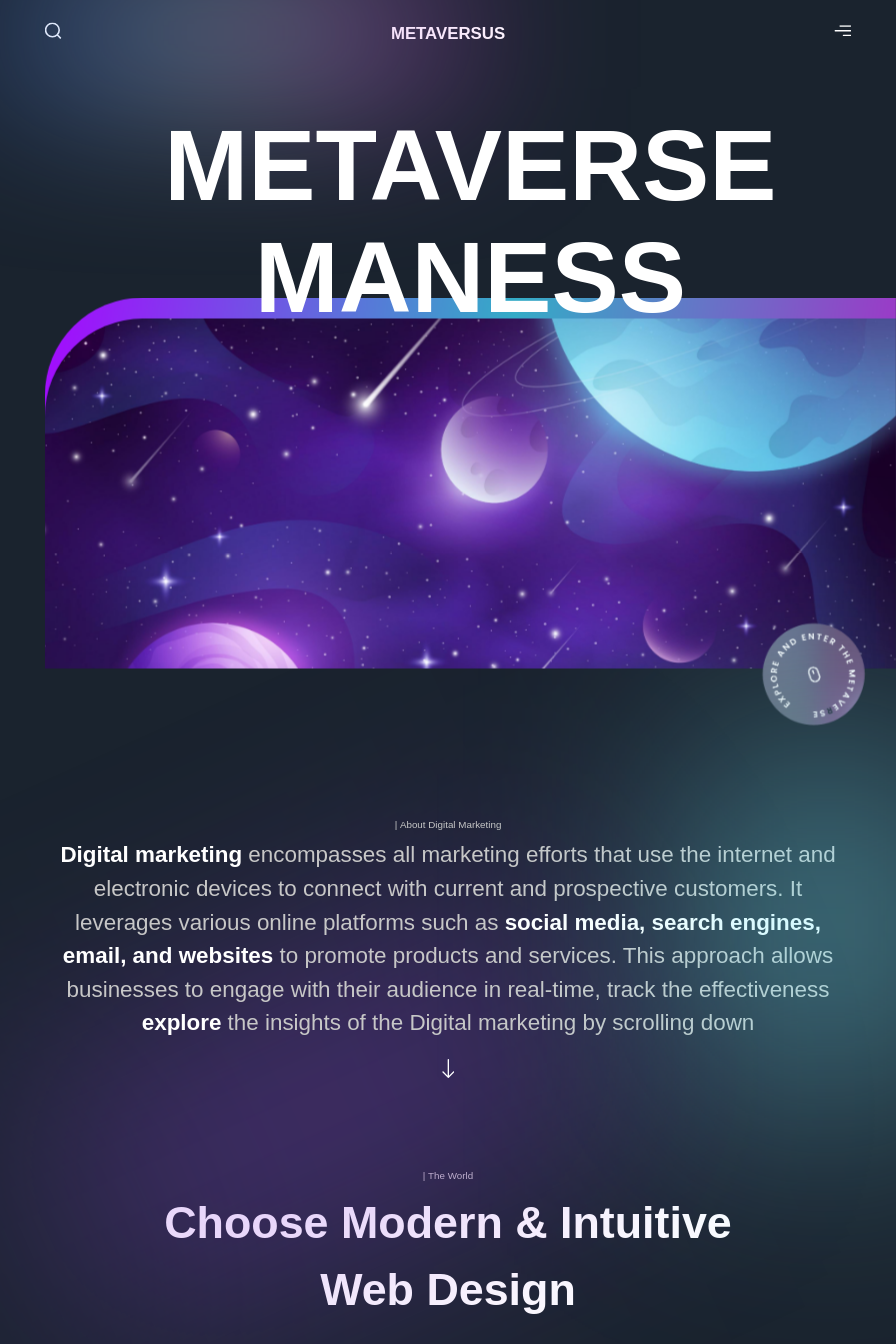
Repository: Shanuga123/metaversus
Page: /
These files come from the project's save history. The page is drawn as it stood at one moment and after the next save; the edit follows.
The browser window is 1280 px wide. The pictures show the part of the page from y = 0 to 1920 px (the page is 7302 px tall), at 70% of full size.
Some web fonts or font styles are not loaded; a fallback is used. The project was rebuilt for these pictures with package versions that can differ from the ones it lists, and the page was loaded fresh each time. The framework's server and built-in components were replaced by stand-ins that run in the browser. Also part of the build but not shown: next.config.js.

Above is the page before, as saved 2024-08-06 07:08:27.

### components/Navbar.jsx
'use client';

import { motion } from 'framer-motion';

import styles from '../styles';
import { navVariants } from '../utils/motion';

const Navbar = () => (
  <motion.nav
    variants={navVariants}
    initial="hidden"
    whileInView="show"
    className={`${styles.xPaddings} py-8 relative`}
  >
    <div className="absolute w-[50%] inset-0 gradient-01" />
    <div
      className={`${styles.innerWidth} mx-auto flex justify-between gap-8`}
    >
      <img
        src="/search.svg"
        alt="search"
        className="w-[24px] h-[24px] object-contain"
      />
      <h2 className="font-extrabold text-[24px] leading-[30.24px] text-white">
        METAVERSUS
      </h2>
      <img
        src="/menu.svg"
        alt="menu"
        className="w-[24px] h-[24px] object-contain"
      />
    </div>
  </motion.nav>
);

export default Navbar;

### components/CustomTexts.jsx
'use client';

import { motion } from 'framer-motion';
import { textContainer, textVariant2 } from '../utils/motion';

export const TypingText = ({ title, textStyles }) => (
  <motion.p
    variants={textContainer}
    className={`font-normal text-[14px] text-secondary-white ${textStyles}`}
  >
    {Array.from(title).map((letter, index) => (
      <motion.span variants={textVariant2} key={index}>
        {letter === ' ' ? '\u00A0' : letter}
      </motion.span>
    ))}
  </motion.p>
);

export const TitleText = ({ title, textStyles }) => (
  <motion.h2
    variants={textVariant2}
    initial="hidden"
    whileInView="show"
    className={`mt-[8px] font-bold md:text-[64px] text-[40px] text-white ${textStyles}`}
  >
    {title}
  </motion.h2>
);

### components/ExploreCard.jsx
'use client';

import { motion } from 'framer-motion';

import styles from '../styles';
import { fadeIn } from '../utils/motion';

const ExploreCard = ({ id, imgUrl, title, index, active, handleClick }) => (
  <motion.div
    variants={fadeIn('right', 'spring', index * 0.5, 0.75)}
    className={`relative ${
      active === id ? 'lg:flex-[3.5] flex-[10]' : 'lg:flex-[0.5] flex-[2]'
    } flex items-center justify-center min-w-[170px] h-[700px] transition-[flex] duration-[0.7s] ease-out-flex cursor-pointer`}
    onClick={() => handleClick(id)}
  >
    <img
      src={imgUrl}
      alt="planet-04"
      className="absolute w-full h-full object-cover rounded-[24px]"
    />
    {active !== id ? (
      <h3 className="font-semibold sm:text-[26px] text-[18px] text-white absolute z-0 lg:bottom-20 lg:rotate-[-90deg] lg:origin-[0,0]">
        {title}
      </h3>
    ) : (
      <div className="absolute bottom-0 p-8 flex justify-start w-full flex-col bg-[rgba(0,0,0,0.5)] rounded-b-[24px]">
        <div
          className={`${styles.flexCenter} w-[60px] h-[60px] rounded-[24px] glassmorphism mb-[16px]`}
        >
          <img
            src="/headset.svg"
            alt="headset"
            className="w-1/2 h-1/2 object-contain"
          />
        </div>
        <p className="font-normal text-[16px] leading-[20.16px] text-white uppercase">
          Enter Metaverse
        </p>
        <h2 className="mt-[24px] font-semibold sm:text-[32px] text-[24px] text-white">
          {title}
        </h2>
      </div>
    )}
  </motion.div>
);

export default ExploreCard;

### components/InsightCard.jsx
'use client';

import { motion } from 'framer-motion';

import { fadeIn } from '../utils/motion';

const InsightCard = ({ imgUrl, title, subtitle, index }) => (
  <motion.div
    variants={fadeIn('up', 'spring', index * 0.5, 1)}
    className="flex md:flex-row flex-col gap-4"
  >
    <img
      src={imgUrl}
      alt="planet-01"
      className="md:w-[270px] w-full h-[250px] rounded-[32px] object-cover"
    />
    <div className="w-full flex justify-between items-center">
      <div className="flex-1 md:ml-[62px] flex flex-col max-w-[650px]">
        <h4 className="font-normal lg:text-[42px] text-[26px] text-white">
          {title}
        </h4>
        <p className="mt-[16px] font-normal lg:text-[20px] text-[14px] text-secondary-white">
          {subtitle}
        </p>
      </div>

      <div
        className="lg:flex hidden items-center justify-center w-[100px] h-[100px] rounded-full bg-transparent border-[1px] border-white"
      >
        <img
          src="/arrow.svg"
          alt="arrow"
          className="w-[40%] h-[40%] object-contain"
        />
      </div>
    </div>
  </motion.div>
);

export default InsightCard;

### components/Footer.jsx
'use client';

import { motion } from 'framer-motion';
import { socials } from '../constants';

import styles from '../styles';
import { footerVariants } from '../utils/motion';

const Footer = () => (
  <motion.footer
    variants={footerVariants}
    initial="hidden"
    whileInView="show"
    className={`${styles.xPaddings} py-8 relative`}
  >
    <div className="footer-gradient" />
    <div className={`${styles.innerWidth} mx-auto flex flex-col gap-8`}>
      <div className="flex items-center justify-between flex-wrap gap-5">
        <h4 className="font-bold md:text-[64px] text-[44px] text-white">
          Enter the Metaverse
        </h4>
        <button type="button" className="flex items-center h-fit py-4 px-6 bg-[#25618B] rounded-[32px] gap-[12px]">
          <img
            src="/headset.svg"
            alt="headset"
            className="w-[24px] h-[24px] object-contain"
          />
          <span className="font-normal text-[16px] text-white">
            Enter Metaverse
          </span>
        </button>
      </div>

      <div className="flex flex-col">
        <div className="mb-[50px] h-[2px] bg-white opacity-10" />

        <div className="flex items-center justify-between flex-wrap gap-4">
          <h4 className="font-extrabold text-[24px] text-white">
            METAVERUS
          </h4>
          <p className="font-normal text-[14px] text-white opacity-50">
            Copyright © 2021 - 2022 Metaversus. All rights reserved.
          </p>

          <div className="flex gap-4">
            {socials.map((social) => (
              <img
                key={social.name}
                src={social.url}
                alt={social.name}
                className="w-[24px] h-[24px] object-contain cursor-pointer"
              />
            ))}
          </div>
        </div>
      </div>
    </div>
  </motion.footer>
);

export default Footer;

### sections/Hero.jsx
'use client';

import { motion } from 'framer-motion';

import styles from '../styles';
import { slideIn, staggerContainer, textVariant } from '../utils/motion';

const Hero = () => (
  <section className={`${styles.yPaddings} sm:pl-16 pl-6`}>
    <motion.div
      variants={staggerContainer}
      initial="hidden"
      whileInView="show"
      viewport={{ once: false, amount: 0.25 }}
      className={`${styles.innerWidth} mx-auto flex flex-col`}
    >
      <div className="flex justify-center items-center flex-col relative z-10">
        <motion.h1 variants={textVariant(1.1)} className={styles.heroHeading}>
          Metaverse
        </motion.h1>
        <motion.div
          variants={textVariant(1.2)}
          className="flex flex-row justify-center items-center"
        >
          <h1 className={styles.heroHeading}>Ma</h1>
          <div className={styles.heroDText} />
          <h1 className={styles.heroHeading}>Ness</h1>
        </motion.div>
      </div>

      <motion.div
        variants={slideIn('right', 'tween', 0.2, 1)}
        className="relative w-full md:-mt-[20px] -mt-[12px]"
      >
        <div className="absolute w-full h-[300px] hero-gradient rounded-tl-[140px] z-[0] -top-[30px]" />

        <img
          src="/cover.png"
          alt="hero_cover"
          className="w-full sm:h-[500px] h-[350px] object-cover rounded-tl-[140px] z-10 relative"
        />

        <a href="#explore">
          <div className="w-full flex justify-end sm:-mt-[70px] -mt-[50px] pr-[40px] relative z-10">
            <img
              src="/stamp.png"
              alt="stamp"
              className="sm:w-[155px] w-[100px] sm:h-[155px] h-[100px] object-contain"
            />
          </div>
        </a>
      </motion.div>
    </motion.div>
  </section>
);

export default Hero;

### sections/About.jsx
'use client';

import { motion } from 'framer-motion';
import { TypingText } from '../components';

import styles from '../styles';
import { fadeIn, staggerContainer } from '../utils/motion';

const About = () => (
  <section className={`${styles.paddings} relative z-10`}>
    <div className="gradient-02 z-0" />
    <motion.div
      variants={staggerContainer}
      initial="hidden"
      whileInView="show"
      viewport={{ once: false, amount: 0.25 }}
      className={`${styles.innerWidth} mx-auto ${styles.flexCenter} flex-col`}
    >
      <TypingText title="| About Digital Marketing" textStyles="text-center" />

      <motion.p
        variants={fadeIn('up', 'tween', 0.2, 1)}
        className="mt-[8px] font-normal sm:text-[32px] text-[20px] text-center text-secondary-white"
      >
        <span className="font-extrabold text-white">Digital marketing </span> encompasses all marketing efforts that use the internet and electronic devices to connect with current and prospective customers. It leverages various online platforms such as {' '}
        <span className="font-extrabold text-white">
        social media, search engines, email, and websites
        </span>{' '}
        to promote products and services.{' '}
        <span className="font-extrabold text-white"></span> This approach allows businesses to engage with their audience in real-time, track the effectiveness{' '}
        <span className="font-extrabold text-white">explore</span> the insights
        of the Digital marketing by scrolling down
      </motion.p>

      <motion.img
        variants={fadeIn('up', 'tween', 0.3, 1)}
        src="/arrow-down.svg"
        alt="arrow down"
        className="w-[18px] h-[28px] object-contain mt-[28px]"
      />
    </motion.div>
  </section>
);

export default About;

### sections/Explore.jsx
'use client';

import { useState } from 'react';
import { motion } from 'framer-motion';

import styles from '../styles';
import { exploreWorlds } from '../constants';
import { staggerContainer } from '../utils/motion';
import { ExploreCard, TitleText, TypingText } from '../components';

const Explore = () => {
  const [active, setActive] = useState('world-2');

  return (
    <section className={`${styles.paddings}`} id="explore">
      <motion.div
        variants={staggerContainer}
        initial="hidden"
        whileInView="show"
        viewport={{ once: false, amount: 0.25 }}
        className={`${styles.innerWidth} mx-auto flex flex-col`}
      >
        <TypingText title="| The World" textStyles="text-center" />
        <TitleText
          title={<>Choose Modern & Intuitive <br className="md:block hidden" /> Web Design</>}
          textStyles="text-center"
        />
        <div className="mt-[50px] flex lg:flex-row flex-col min-h-[70vh] gap-5">
          {exploreWorlds.map((world, index) => (
            <ExploreCard
              key={world.id}
              {...world}
              index={index}
              active={active}
              handleClick={setActive}
            />
          ))}
        </div>
      </motion.div>
    </section>
  );
};

export default Explore;

### sections/GetStarted.jsx
'use client';

import { motion } from 'framer-motion';

import styles from '../styles';
import { startingFeatures } from '../constants';
import { StartSteps, TitleText, TypingText } from '../components';
import { staggerContainer, fadeIn, planetVariants } from '../utils/motion';

const GetStarted = () => (
  <section className={`${styles.paddings} relative z-10`}>
    <motion.div
      variants={staggerContainer}
      initial="hidden"
      whileInView="show"
      viewport={{ once: false, amount: 0.25 }}
      className={`${styles.innerWidth} mx-auto flex lg:flex-row flex-col gap-8`}
    >
      <motion.div
        variants={planetVariants('left')}
        className={`flex-1 ${styles.flexCenter}`}
      >
        <img
          src="/get-started.png"
          alt="get-started"
          className="w-[90%] h-[90%] object-contain"
        />
      </motion.div>
      <motion.div
        variants={fadeIn('left', 'tween', 0.2, 1)}
        className="flex-[0.75] flex justify-center flex-col"
      >
        <TypingText title="| How Metaversus Works" />
        <TitleText title={<>Get started with just a few clicks</>} />
        <div className="mt-[31px] flex flex-col max-w-[370px] gap-[24px]">
          {startingFeatures.map((feature, index) => (
            <StartSteps
              key={feature}
              number={`${index < 10 ? '0' : ''} ${index + 1}`}
              text={feature}
            />
          ))}
        </div>
      </motion.div>
    </motion.div>
  </section>
);

export default GetStarted;

### sections/WhatsNew.jsx
'use client';

import { motion } from 'framer-motion';

import styles from '../styles';
import { newFeatures } from '../constants';
import { NewFeatures, TitleText, TypingText } from '../components';
import { planetVariants, staggerContainer, fadeIn } from '../utils/motion';

const WhatsNew = () => (
  <section className={`${styles.paddings} relative z-10`}>
    <motion.div
      variants={staggerContainer}
      initial="hidden"
      whileInView="show"
      viewport={{ once: false, amount: 0.25 }}
      className={`${styles.innerWidth} mx-auto flex lg:flex-row flex-col gap-8`}
    >
      <motion.div
        variants={fadeIn('right', 'tween', 0.2, 1)}
        className="flex-[0.95] flex justify-center flex-col"
      >
        <TypingText title="| Whats new?" />
        <TitleText title={<>What's new about Metaversus?</>} />
        <div className="mt-[48px] flex flex-wrap justify-between gap-[24px]">
          {newFeatures.map((feature) => (
            <NewFeatures key={feature.title} {...feature} />
          ))}
        </div>
      </motion.div>

      <motion.div
        variants={planetVariants('right')}
        className={`flex-1 ${styles.flexCenter}`}
      >
        <img
          src="/whats-new.png"
          alt="get-started"
          className="w-[90%] h-[90%] object-contain"
        />
      </motion.div>
    </motion.div>
  </section>
);

export default WhatsNew;

### sections/World.jsx
'use client';

import { motion } from 'framer-motion';

import styles from '../styles';
import { TitleText, TypingText } from '../components';
import { fadeIn, staggerContainer } from '../utils/motion';

const World = () => (
  <section className={`${styles.paddings} relative z-10`}>
    <motion.div
      variants={staggerContainer}
      initial="hidden"
      whileInView="show"
      viewport={{ once: false, amount: 0.25 }}
      className={`${styles.innerWidth} mx-auto flex flex-col`}
    >

      <TypingText title="| People on the World" textStyles="text-center" />
      <TitleText
        title={(
          <>Track friends around you and invite them to play together in the same
            world
          </>
        )}
        textStyles="text-center"
      />

      <motion.div
        variants={fadeIn('up', 'tween', 0.3, 1)}
        className="relative mt-[68px] flex w-full h-[550px]"
      >
        <img src="/map.png" alt="map" className="w-full h-full object-cover" />

        <div className="absolute bottom-20 right-20 w-[70px] h-[70px] p-[6px] rounded-full bg-[#5D6680]">
          <img src="people-01.png" alt="people" className="w-full h-full" />
        </div>

        <div className="absolute top-10 left-20 w-[70px] h-[70px] p-[6px] rounded-full bg-[#5D6680]">
          <img src="/people-02.png" alt="people" className="w-full h-full" />
        </div>

        <div className="absolute top-1/2 left-[45%] w-[70px] h-[70px] p-[6px] rounded-full bg-[#5D6680]">
          <img src="people-03.png" alt="people" className="w-full h-full" />
        </div>
      </motion.div>
    </motion.div>
  </section>
);

export default World;

### sections/Insights.jsx
'use client';

import { motion } from 'framer-motion';

import styles from '../styles';
import { insights } from '../constants';
import { staggerContainer } from '../utils/motion';
import { InsightCard, TitleText, TypingText } from '../components';

const Insights = () => (
  <section className={`${styles.paddings} relative z-10`}>
    <motion.div
      variants={staggerContainer}
      initial="hidden"
      whileInView="show"
      viewport={{ once: false, amount: 0.25 }}
      className={`${styles.innerWidth} mx-auto flex flex-col`}
    >
      <TypingText title="| Insight" textStyles="text-center" />
      <TitleText title={<>Insight about metaverse</>} textStyles="text-center" />
      <div className="mt-[50px] flex flex-col gap-[30px]">
        {insights.map((item, index) => (
          <InsightCard key={`insight-${index}`} {...item} index={index + 1} />
        ))}
      </div>
    </motion.div>
  </section>
);

export default Insights;

### sections/Feedback.jsx
'use client';

import { motion } from 'framer-motion';

import styles from '../styles';
import { fadeIn, staggerContainer, zoomIn } from '../utils/motion';

const Feedback = () => (
  <section className={`${styles.paddings}`}>
    <motion.div
      variants={staggerContainer}
      initial="hidden"
      whileInView="show"
      viewport={{ once: false, amount: 0.25 }}
      className={`${styles.innerWidth} mx-auto flex lg:flex-row flex-col gap-6`}
    >
      <motion.div
        variants={fadeIn('right', 'tween', 0.2, 1)}
        className="flex-[0.5] lg:max-w-[370px] flex justify-end flex-col gradient-05 sm:p-8 p-4 rounded-[32px] border-[1px] border-[#6A6A6A] relative"
      >
        <div className="feedback-gradient" />
        <div>
          <h4 className="font-bold sm:text-[32px] text-[26px] sm:leading-[40.32px] leading-[36.32px] text-white">
            Samantha
          </h4>
          <p className="mt-[8px] font-normal sm:text-[18px] text-[12px] sm:leading-[22.68px] leading-[16.68px] text-white">
            Founder Metaverus
          </p>
        </div>

        <p className="mt-[24px] font-normal sm:text-[24px] text-[18px] sm:leading-[45.6px] leading-[39.6px] text-white">
          “With the development of today's technology, metaverse is very
          useful for today's work, or can be called web 3.0. by using
          metaverse you can use it as anything”
        </p>
      </motion.div>

      <motion.div
        variants={fadeIn('left', 'tween', 0.2, 1)}
        className="relative flex-1 flex justify-center items-center"
      >
        <img
          src="/planet-09.png"
          alt="planet-09"
          className="w-full lg:h-[610px] h-auto min-h-[210px] object-cover rounded-[40px]"
        />

        <motion.div
          variants={zoomIn(0.4, 1)}
          className="lg:block hidden absolute -left-[10%] top-[3%]"
        >
          <img
            src="/stamp.png"
            alt="stamp"
            className="w-[155px] h-[155px] object-contain"
          />
        </motion.div>
      </motion.div>
    </motion.div>
  </section>
);

export default Feedback;

### styles/index.js
const styles = {
  innerWidth: '2xl:max-w-[1280px] w-full',
  interWidth: 'lg:w-[80%] w-[100%]',

  paddings: 'sm:p-16 xs:p-8 px-6 py-12',
  yPaddings: 'sm:py-16 xs:py-8 py-12',
  xPaddings: 'sm:px-16 px-6',
  topPaddings: 'sm:pt-16 xs:pt-8 pt-12',
  bottomPaddings: 'sm:pb-16 xs:pb-8 pb-12',

  flexCenter: 'flex justify-center items-center',
  flexStart: 'flex justify-start items-start',
  flexEnd: 'flex justify-end',
  navPadding: 'pt-[98px]',

  // hero section
  heroHeading:
      'font-bold lg:text-[144px] md:text-[100px] sm:text-[60px] text-[44px] lg:leading-[158.4px] md:leading-[114.4px] sm:leading-[74.4px] leading-[64.4px] uppercase text-white',
  heroRText:
      'md:w-[212px] sm:w-[80px] w-[60px] md:h-[108px] sm:h-[48px] h-[38px] md:border-[18px] border-[9px] rounded-r-[50px] border-white sm:mx-2 mx-[6px]',
};

export default styles;

### constants/index.js
export const exploreWorlds = [
  {
    id: 'world-1',
    imgUrl: '/web3.jpg',
    title: 'The Hogwarts',
  },
  {
    id: 'world-2',
    imgUrl: '/web2.jpg',
    title: 'The Upside Down',
  },
  {
    id: 'world-3',
    imgUrl: '/planet-03.png',
    title: 'Kadirojo Permai',
  },
  {
    id: 'world-4',
    imgUrl: '/planet-04.png',
    title: 'Paradise Island',
  },
  {
    id: 'world-5',
    imgUrl: '/planet-05.png',
    title: 'Hawkins Labs',
  },
];

export const startingFeatures = [
  'Find a world that suits you and you want to enter',
  'Enter the world by reading basmalah to be safe',
  'No need to beat around the bush, just stay on the gas and have fun',
];

export const newFeatures = [
  {
    imgUrl: '/vrpano.svg',
    title: 'A new world',
    subtitle:
        'we have the latest update with new world for you to try never mind',
  },
  {
    imgUrl: '/headset.svg',
    title: 'More realistic',
    subtitle:
        'In the latest update, your eyes are narrow, making the world more realistic than ever',
  },
];

export const insights = [
  {
    imgUrl: '/planet-06.png',
    title: 'The launch of the Metaverse makes Elon musk ketar-ketir',
    subtitle:
        'Magna etiam tempor orci eu lobortis elementum nibh tellus molestie. Diam maecenas sed enim ut sem viverra alique.',
  },
  {
    imgUrl: '/planet-07.png',
    title: '7 tips to easily master the madness of the Metaverse',
    subtitle:
        'Vitae congue eu consequat ac felis donec. Et magnis dis parturient montes nascetur ridiculus mus. Convallis tellus id interdum',
  },
  {
    imgUrl: '/planet-08.png',
    title: 'With one platform you can explore the whole world virtually',
    subtitle:
        'Quam quisque id diam vel quam elementum. Viverra nam libero justo laoreet sit amet cursus sit. Mauris in aliquam sem',
  },
];

export const socials = [
  {
    name: 'twitter',
    url: '/twitter.svg',
  },
  {
    name: 'linkedin',
    url: '/linkedin.svg',
  },
  {
    name: 'instagram',
    url: '/instagram.svg',
  },
  {
    name: 'facebook',
    url: '/facebook.svg',
  },
];

Loaded but not shown: app/layout.js (common file); app/page.js (common file); styles/globals.css (common file); components/index.js (common file); sections/index.js (common file); components/StartSteps.jsx (common file); components/NewFeatures.jsx (common file); tailwind.config.js (common file); utils/motion.js (161 lines, source omitted)

After the next save:
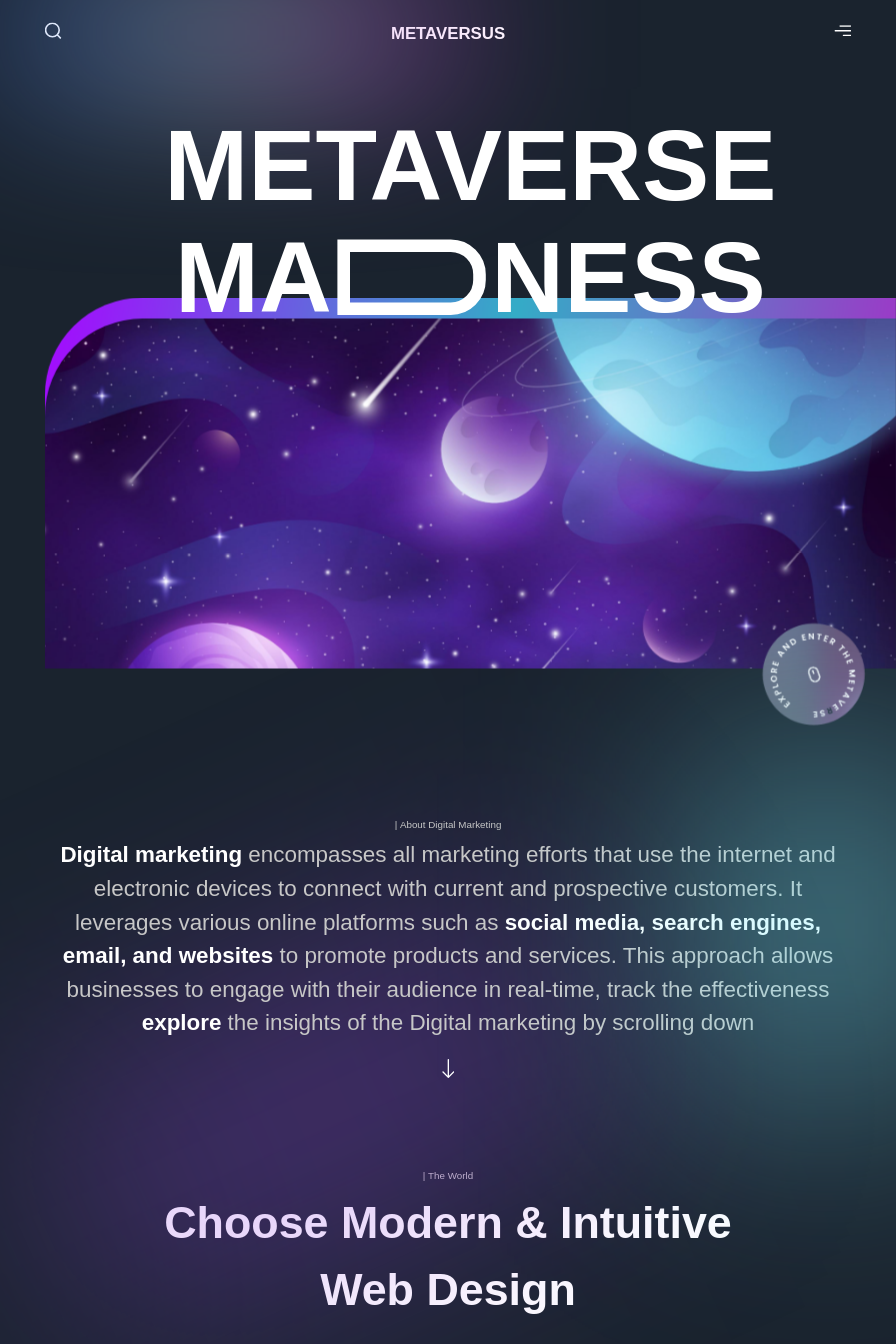
Saved 54 s later.
--- a/styles/index.js
+++ b/styles/index.js
@@ -16,7 +16,7 @@ const styles = {
   // hero section
   heroHeading:
       'font-bold lg:text-[144px] md:text-[100px] sm:text-[60px] text-[44px] lg:leading-[158.4px] md:leading-[114.4px] sm:leading-[74.4px] leading-[64.4px] uppercase text-white',
-  heroRText:
+  heroDText:
       'md:w-[212px] sm:w-[80px] w-[60px] md:h-[108px] sm:h-[48px] h-[38px] md:border-[18px] border-[9px] rounded-r-[50px] border-white sm:mx-2 mx-[6px]',
 };
 
